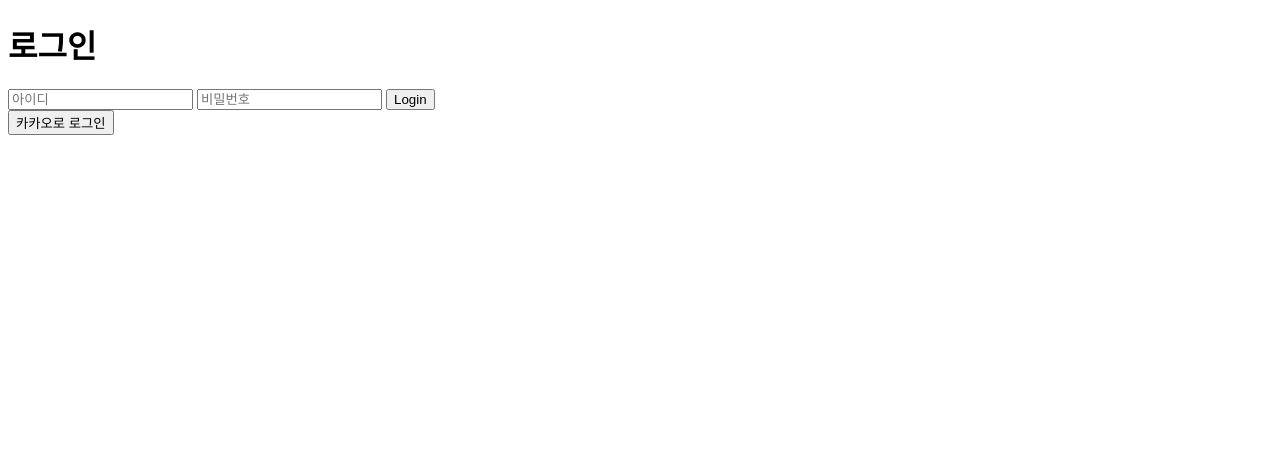
Repository: scy0814/Spring
Page: http://localhost/CYBank/jsp/login/Login.jsp
An editor plug-in stored every save of this project. The page is shown before and after the next save, followed by the edit.
The browser window is 1280 px wide. The pictures show the whole page.
The page is served by Tomcat 9. Other server files are loaded and not shown.

Above is the page before, as saved 2023-07-02 02:46:30.

### CYBank/src/main/webapp/jsp/login/Login.jsp
<%@ page language="java" contentType="text/html; charset=UTF-8"
    pageEncoding="UTF-8"%>
<!DOCTYPE html>
<html>
<head>
<meta charset="UTF-8">
<title>Insert title here</title>
</head>

<body>

    <div class="login-wrapper">
        <h1>로그인</h1>
        <form method="post" action="${pageContext.request.contextPath }/loginProcess.do" id="login-form">
            <input type="text" name="id" placeholder="아이디">
            <input type="password" name="password" placeholder="비밀번호">
            <input type="submit" value="Login">
        </form>
        	<form method="post" action="${pageContext.request.contextPath }/kakaoLogin.do" >
           <input type="submit" value="카카오로 로그인">
        	</form>
    </div>
</body>
</html>

After the next save:
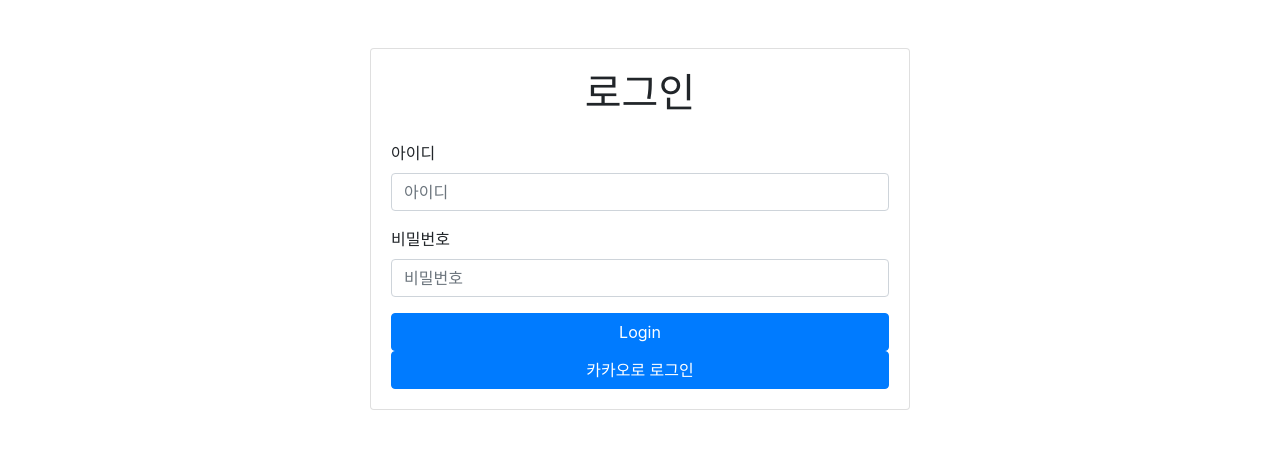
Saved 40 s later.
--- a/CYBank/src/main/webapp/jsp/login/Login.jsp
+++ b/CYBank/src/main/webapp/jsp/login/Login.jsp
@@ -1,24 +1,47 @@
-<%@ page language="java" contentType="text/html; charset=UTF-8"
-    pageEncoding="UTF-8"%>
+<%@ page language="java" contentType="text/html; charset=UTF-8" pageEncoding="UTF-8"%>
 <!DOCTYPE html>
 <html>
 <head>
 <meta charset="UTF-8">
 <title>Insert title here</title>
+
+<!-- Bootstrap CSS -->
+<link rel="stylesheet" href="https://maxcdn.bootstrapcdn.com/bootstrap/4.0.0/css/bootstrap.min.css">
+
 </head>
 
 <body>
 
-    <div class="login-wrapper">
-        <h1>로그인</h1>
-        <form method="post" action="${pageContext.request.contextPath }/loginProcess.do" id="login-form">
-            <input type="text" name="id" placeholder="아이디">
-            <input type="password" name="password" placeholder="비밀번호">
-            <input type="submit" value="Login">
-        </form>
-        	<form method="post" action="${pageContext.request.contextPath }/kakaoLogin.do" >
-           <input type="submit" value="카카오로 로그인">
-        	</form>
+    <div class="container">
+        <div class="row justify-content-center mt-5">
+            <div class="col-md-6">
+                <div class="card">
+                    <div class="card-body">
+                        <h1 class="text-center mb-4">로그인</h1>
+                        <form method="post" action="${pageContext.request.contextPath }/loginProcess.do" id="login-form">
+                            <div class="form-group">
+                                <label for="id">아이디</label>
+                                <input type="text" class="form-control" name="id" placeholder="아이디">
+                            </div>
+                            <div class="form-group">
+                                <label for="password">비밀번호</label>
+                                <input type="password" class="form-control" name="password" placeholder="비밀번호">
+                            </div>
+                            <button type="submit" class="btn btn-primary btn-block">Login</button>
+                        </form>
+                        <form method="post" action="${pageContext.request.contextPath }/kakaoLogin.do" >
+                            <button type="submit" class="btn btn-primary btn-block">카카오로 로그인</button>
+                        </form>
+                    </div>
+                </div>
+            </div>
+        </div>
     </div>
+
+    <!-- Bootstrap JS -->
+    <script src="https://code.jquery.com/jquery-3.5.1.slim.min.js"></script>
+    <script src="https://cdn.jsdelivr.net/npm/popper.js@1.16.1/dist/umd/popper.min.js"></script>
+    <script src="https://stackpath.bootstrapcdn.com/bootstrap/4.5.2/js/bootstrap.min.js"></script>
+
 </body>
 </html>
